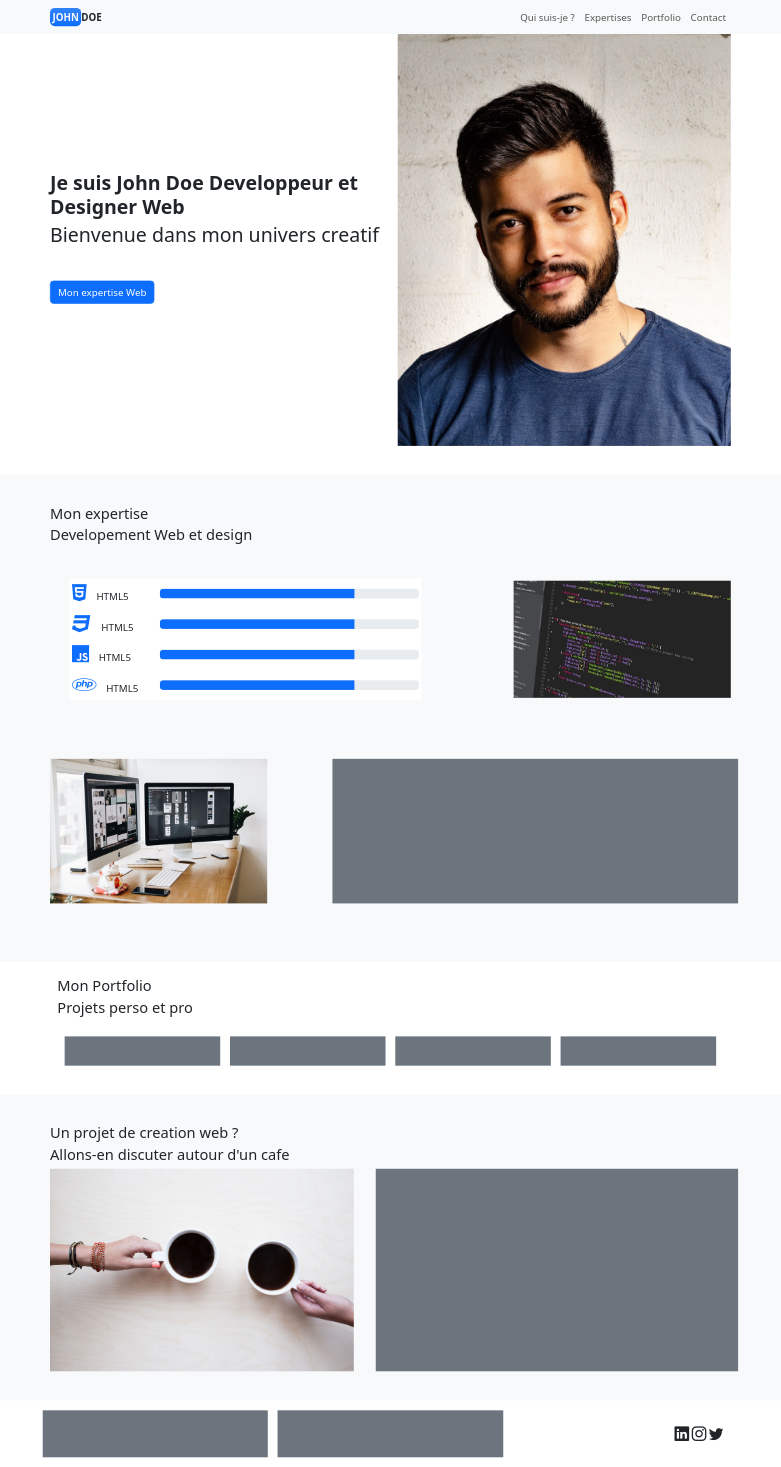
Repository: wadelfadill/Bootstrap_tache_1_portfolio
Page: index.html
The author's editor kept a copy of each file at every save. The page is drawn from the files as they stood at one save, then again after the next save.
The browser window is 1280 px wide. The pictures show the whole page, at 61% of full size.
Some web libraries are served in a nearby version.

Above is the page before, as saved 2023-03-28 13:29:41.

After the next save:
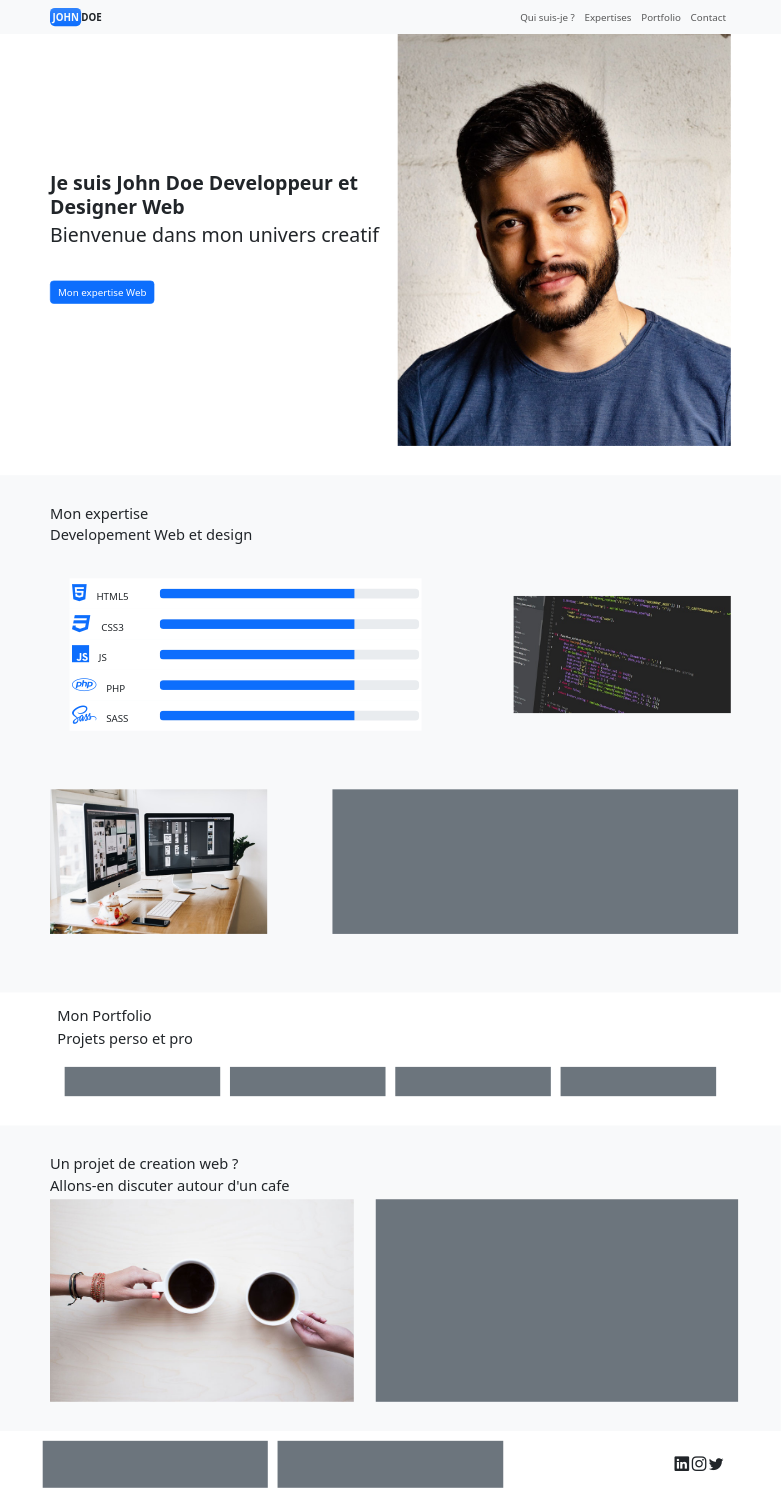
Saved 64 s later.
--- a/index.html
+++ b/index.html
@@ -76,7 +76,7 @@
                         </div>
                         <div class="row bg-body py-2 align-items-center gx-2">
                             <div class="col-3">
-                                <i class="fab fa-css3 fa-2x me-3 text-primary" aria-hidden="true"></i><span class="pb-5">HTML5</span>
+                                <i class="fab fa-css3 fa-2x me-3 text-primary" aria-hidden="true"></i><span class="pb-5">CSS3</span>
                             </div>
                             <div class="col-9">
                                 <div class="progress">
@@ -86,7 +86,7 @@
                         </div>
                         <div class="row bg-body py-2 align-items-center gx-2">
                             <div class="col-3">
-                                <i class="fab fa-js fa-2x me-3 text-primary" aria-hidden="true"></i><span class="pb-5">HTML5</span>
+                                <i class="fab fa-js fa-2x me-3 text-primary" aria-hidden="true"></i><span class="pb-5">JS</span>
                             </div>
                             <div class="col-9">
                                 <div class="progress">
@@ -96,7 +96,17 @@
                         </div>
                         <div class="row bg-body py-2 align-items-center gx-2">
                             <div class="col-3">
-                                <i class="fab fa-php fa-2x me-3 text-primary" aria-hidden="true"></i><span class="pb-5">HTML5</span>
+                                <i class="fab fa-php fa-2x me-3 text-primary" aria-hidden="true"></i><span class="pb-5">PHP</span>
+                            </div>
+                            <div class="col-9">
+                                <div class="progress">
+                                    <div class="progress-bar" role="progressbar" style="width: 75%" aria-valuenow="75" aria-valuemin="0" aria-valuemax="100"></div>
+                                </div>
+                            </div>
+                        </div>
+                        <div class="row bg-body py-2 align-items-center gx-2">
+                            <div class="col-3">
+                                <i class="fab fa-sass fa-2x me-3 text-primary" aria-hidden="true"></i><span class="pb-5">SASS</span>
                             </div>
                             <div class="col-9">
                                 <div class="progress">
